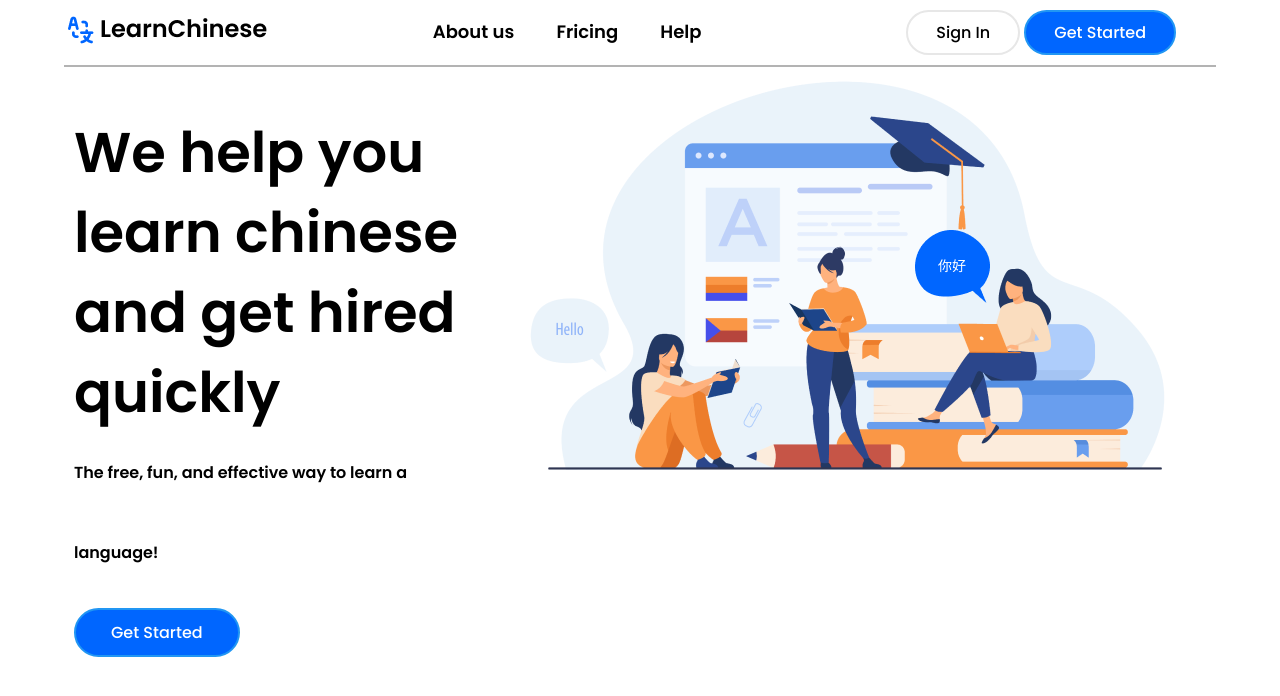
Repository: BinhIT/ChineseLearn
Page: index.html
The author's editor kept a copy of each file at every save. The page is drawn from the files as they stood at one save, then again after the next save.
The browser window is 1280 px wide. The pictures show the whole page.

Above is the page before, as saved 2023-03-01 14:31:45.

### index.html
<!DOCTYPE html>
<html lang="en">

<head>
    <meta charset="UTF-8">
    <meta http-equiv="X-UA-Compatible" content="IE=edge">
    <meta name="viewport" content="width=device-width, initial-scale=1.0">
    <link rel="icon" type="image/x-icon" href="./image/uil_english-to-chinese.svg">
    <meta name="viewport" content="width=device-width, initial-scale=1">
    <link rel="stylesheet" href="https://cdnjs.cloudflare.com/ajax/libs/font-awesome/4.7.0/css/font-awesome.min.css">
    <meta name="viewport" content="width=device-width, initial-scale=1">
    <link rel="stylesheet" href="https://cdnjs.cloudflare.com/ajax/libs/font-awesome/4.7.0/css/font-awesome.min.css">
    <link rel="stylesheet" href="./css/header.css">
    <link rel="stylesheet" href="./css/section.css">
    <title>Learn Chinese </title>
</head>

<body>
    <nav id="menu_header">
        <a href="javascript:void(0);" class="icon_nav" onclick="myFunction()">
            <i class="fa fa-bars"></i>
        </a>
        <label class="logo_main"><img src="./image/logo.png" alt=""></label>
        <label class="logo_mobile"><img src="./image/logo_short.png" alt=""></label>
        <ul id="menu_link">
            <li><a href="#">About us</a></li>
            <li><a href="#">Fricing</a></li>
            <li><a href="#">Help</a></li>
        </ul>
        <ul id="menu_btn">
            <button class="btn default">Sign In</button>
            <button class="btn info">Get Started</button>
        </ul>

    </nav>
    <section class="hero-section">
        <div class="row flex-container ">
            <div class="column hero-col1">
                <h1>We help you learn chinese and get hired quickly</h1>
                <h4>The free, fun, and effective way to learn a language!</h4>
                <button class="btn btn_hero">Get Started</button>
            </div>
            <div class="column hero-col2">
                <img src="./image/img-hero.png" alt="">
            </div>
        </div>

    </section>
</body>
<script src="./js/header.js"></script>

</html>

### css/header.css
@import url('https://fonts.googleapis.com/css2?family=Poppins:wght@500;600&display=swap');



* {
    padding: 0;
    margin: 0;
    text-decoration: none;
    list-style: none;
    font-family: 'Poppins', sans-serif;

}

#menu_header {
    display: flex;
    flex-wrap: nowrap;
    justify-content: space-between;
    align-items: center;
}

nav {
    height: 65px;
    width: 90%;
    margin: 0 auto;
    background: #ffffff;
    border-bottom: 2px solid #B3B3B3;
}

label.logo {
    font-size: 35px;
    font-weight: bold;
    color: #fff;
    padding: 0 100px;
    line-height: 80px;
}

nav ul {
    float: right;
    margin-right: 40px;
}

nav li {
    display: inline-block;
    margin: 0 8px;
    line-height: 80px;
}

nav a {
    color: #000000;
    font-size: 18px;
    font-weight: 700;
    border: 1px solid transparent;
    padding: 7px 10px;
    border-radius: 3px;
}

a.active,
a:hover {
    border: 1px solid #000000;
    transition: .5s;
}



.btn {
    border: 2px solid black;
    border-radius: 25px;
    background-color: white;
    color: black;
    font-size: 16px;
    cursor: pointer;

}

/* Blue */
.info {
    background-color: #0066FF;
    border-color: #2196F3;
    color: rgb(255, 255, 255);
    padding: 8px 28px;
}

.info:hover {
    background: #0066FF;
    color: white;
}

/* Gray */
.default {
    border-color: #e7e7e7;
    color: black;
    padding: 8px 28px;
}

.default:hover {
    background: #e7e7e7;
}

/* logo */
.logo_mobile {
    display: none;
}

#menu_header .icon_nav {
    display: none;

}



@media only screen and (max-width:765px) {
    .logo_mobile {
        display: block;
    }

    .logo_main {
        display: none;
    }

    nav {
        width: 95%;
    }

    #menu_header .icon_nav {
        display: block;
        width: 30%;
    }

    #menu_btn {
        display: contents;
        float: right;
    }

    #menu_btn .default {
        display: none;
    }

    #menu_header #menu_link {
        display: none;
    }

    .btn_header {
        font-size: 5px;
        padding: 8px 25px;
    }


}

@media only screen and (max-width: 1024px) {
    nav #icon {
        display: block;
    }

    .logo_mobile {
        display: block;
        width: 15%;
    }

    .logo_main {
        display: none;
    }

    nav a {
        font-size: 18px;
    }

    a.active,
    a:hover {
        border: none;
        color: #3498db;
    }

    nav ul.show {
        left: 0;
    }

    .btn_header {

        font-size: 8px;
    }
}

### css/section.css
/* section hero */
.row {
    width: 90%;
    margin: auto;
    padding: auto;
}

.column {
    flex: 50%;
    padding: 10px;
    height: 300px;
}

.hero-row {
    display: flex;
}

.hero-col1 {
    padding-top: 4%;
    line-height: 5em;
}

.hero-col1 h1 {
    font-size: 56px;

}

.flex-container {
    display: flex;
}

.btn_hero {
    background-color: #0066FF;
    border-color: #2196F3;
    color: rgb(255, 255, 255);
    padding: 10px 35px;
}

/* reponsive section */
/* tablet */
@media screen and (max-width: 1024px) {
    .flex-container {
        flex-wrap: wrap;
    }

    .hero-col2 img {
        width: 90%;
        padding: 12% 10%;
    }
}

/* Mobile */
@media only screen and (max-width:765px) {
    .hero-col1 {
        line-height: 3em;
    }

    .hero-col1 h1 {
        font-size: 56px;

    }

    .hero-col1 h4 {
        font-size: 18px;

    }

    .hero-col2 img {
        padding: 0 auto;
    }

}

Loaded but not shown: js/header.js (common file)

After the next save:
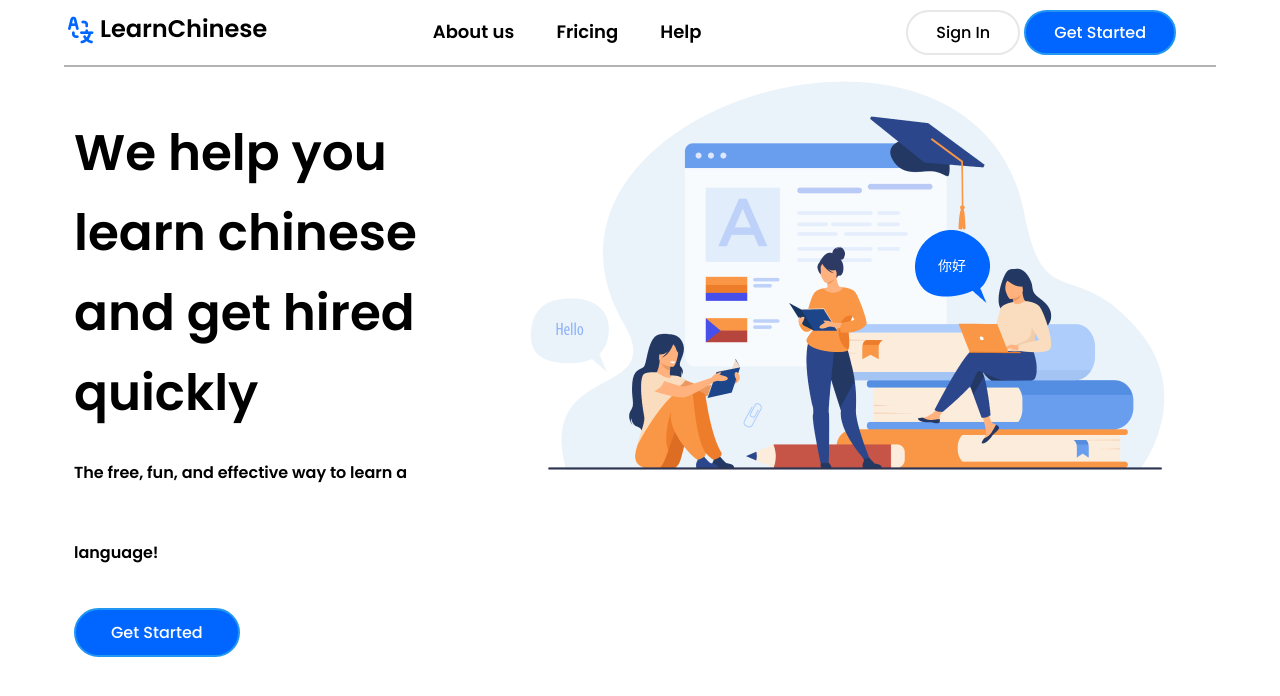
Saved 32 s later.
--- a/css/section.css
+++ b/css/section.css
@@ -21,7 +21,7 @@
 }
 
 .hero-col1 h1 {
-    font-size: 56px;
+    font-size: 50px;
 
 }
 
